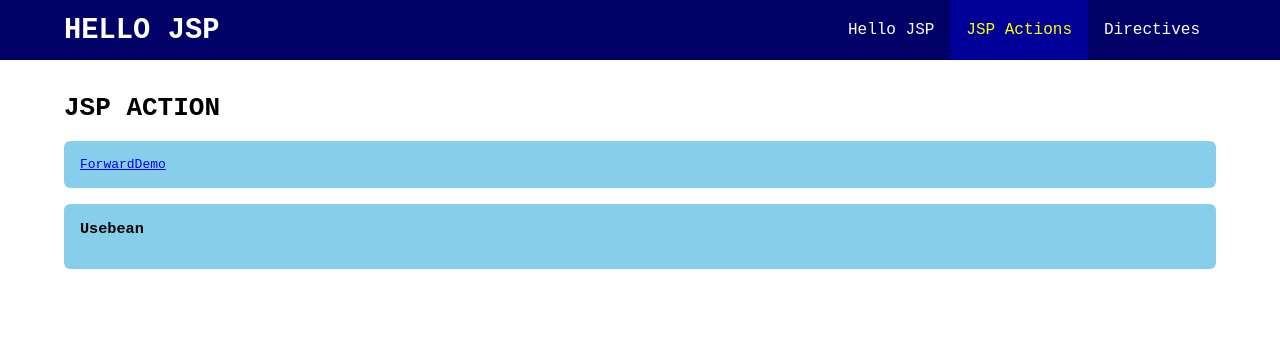
Repository: aungmyattthu/javaWeb
Page: http://localhost/HelloJsp/actions.jsp
These files come from the project's save history. The page is drawn as it stood at one moment and after the next save; the edit follows.
The browser window is 1280 px wide. The pictures show the whole page.
The page is served by Tomcat 9.

Above is the page before, as saved 2023-04-22 10:40:03.

After the next save:
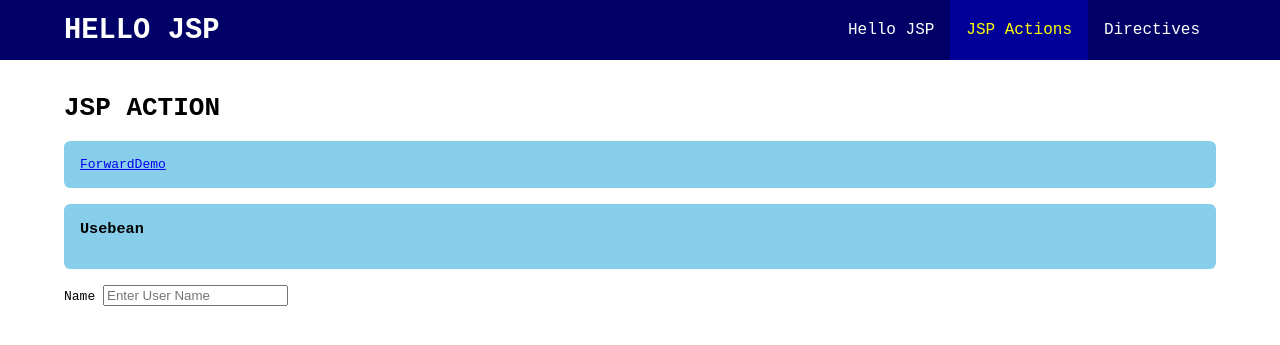
Saved 9 min 35 s later.
--- a/HelloJsp/src/main/webapp/actions.jsp
+++ b/HelloJsp/src/main/webapp/actions.jsp
@@ -24,6 +24,12 @@
 		<h1>JSP ACTION</h1>
 		<section><a href="actions.jsp?forward=1">ForwardDemo</a></section>
 		<section><h3>Usebean</h3></section>
+		<form action="useBean.jsp">
+			<div class="form-group">
+				<label for="">Name</label>
+				<input type="text" name="name" placeholder="Enter User Name"/>
+			</div>
+		</form>
 	</main>
 </body>
 </html>
